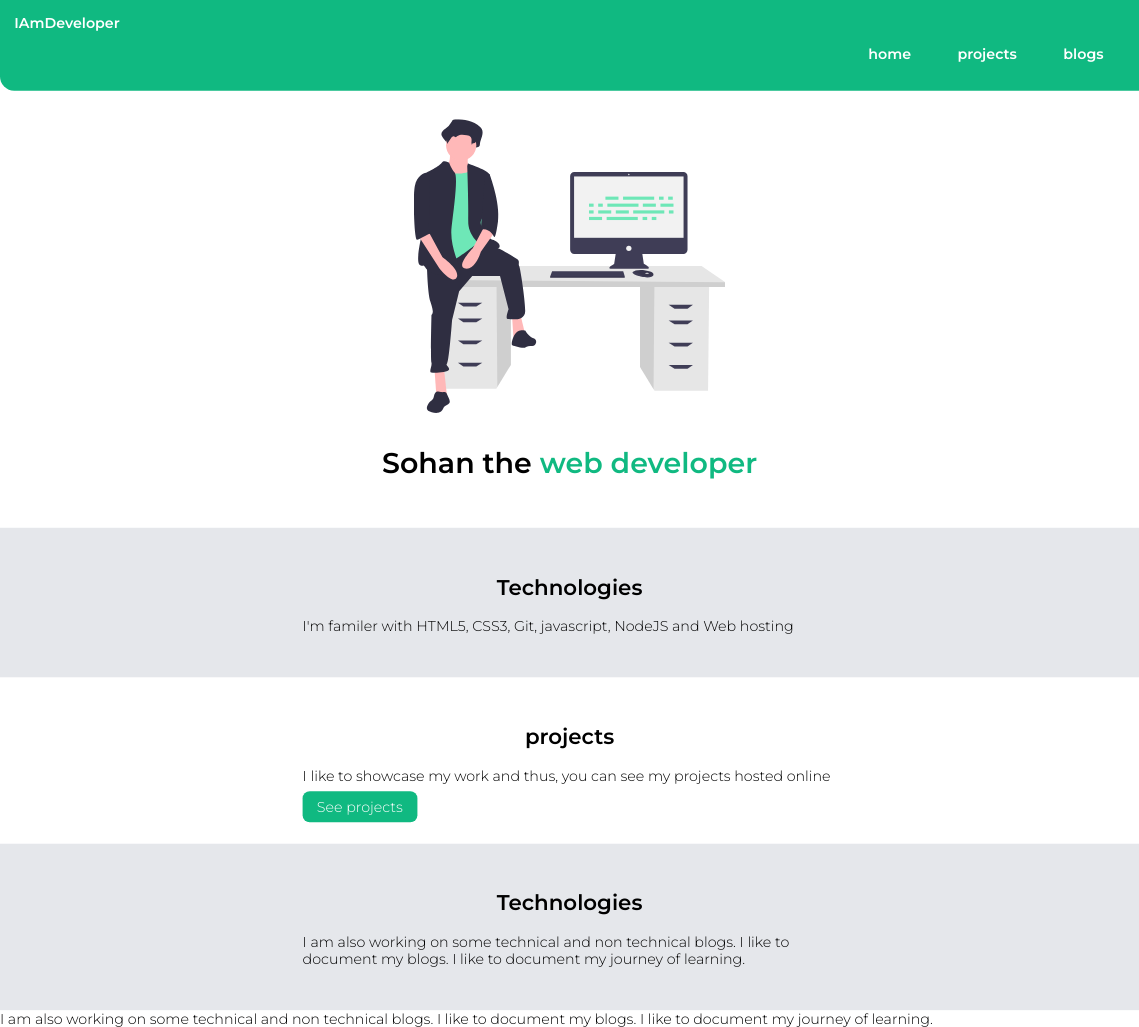
Repository: sohan2503001/Portfolio
Page: index.html
The author's editor kept a copy of each file at every save. The page is drawn from the files as they stood at one save, then again after the next save.
The browser window is 1280 px wide. The pictures show the whole page, at 89% of full size.

Above is the page before, as saved 2021-03-27 19:04:02.

After the next save:
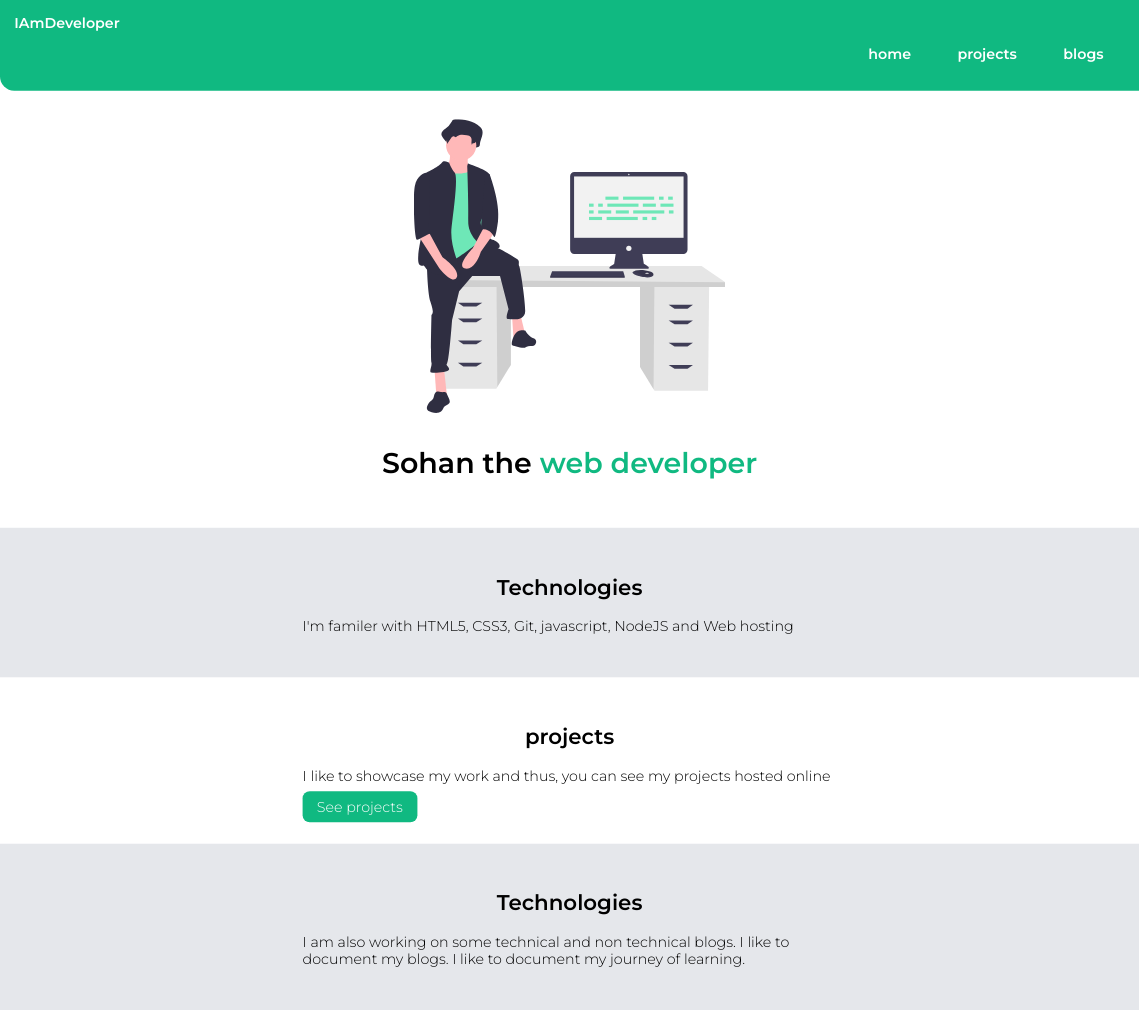
Saved 6 s later.
--- a/index.html
+++ b/index.html
@@ -51,8 +51,6 @@
                 my journey of learning.</p>
         </div>
     </section>
-    I am also working on some technical and non technical blogs.
-    I like to document my blogs. I like to document
-    my journey of learning.
+
 </body>
 </html>
